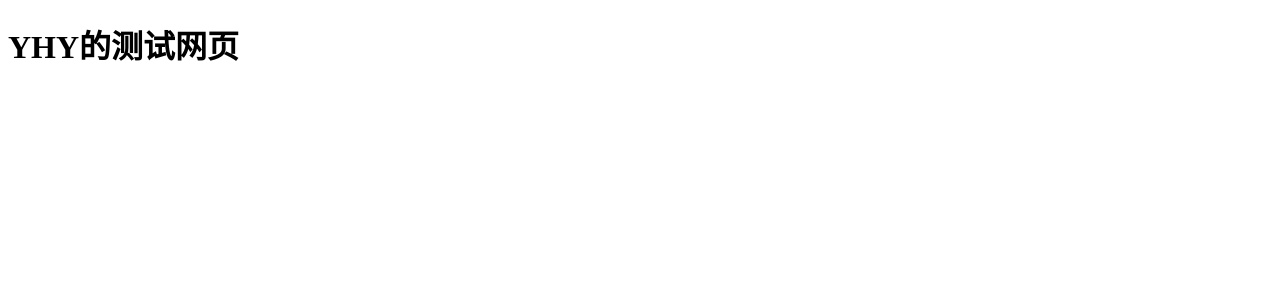
Repository: Darkmoon1/Bank-java-
Page: Bank/myBank/WebContent/home.html
An editor plug-in stored every save of this project. The page is shown before and after the next save, followed by the edit.
The browser window is 1280 px wide. The pictures show the whole page.

Above is the page before, as saved 2017-07-13 16:05:46.

### Bank/myBank/WebContent/home.html
<!DOCTYPE html>
<html lang="en">
<head>
	<meta charset="UTF-8">
    <meta name="viewport"
          content="width=device-width, user-scalable=no, initial-scale=1.0, maximum-scale=1.0, minimum-scale=1.0">
    <meta http-equiv="X-UA-Compatible" content="text/html">
<title>Insert title here</title>
</head>
	<body>
	<h1>YHY的测试网页</h1>
	<div></div>
	<form action=""></form>
</body>
</html>

After the next save:
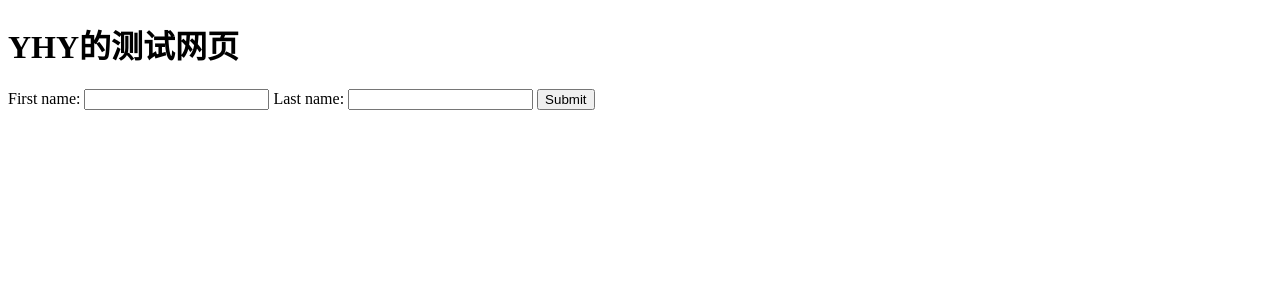
Saved 10 min 50 s later.
--- a/Bank/myBank/WebContent/home.html
+++ b/Bank/myBank/WebContent/home.html
@@ -10,6 +10,11 @@
 	<body>
 	<h1>YHY的测试网页</h1>
 	<div></div>
-	<form action=""></form>
+	<form action="MyServlet" method="post">
+	First name: <input type="text" name="fname" required="required"/>
+  	Last name: <input type="text" name="lname" required="required"/>
+  	<input type="submit" value="Submit" value = "注册用户"/>
+
+	</form>
 </body>
 </html>
